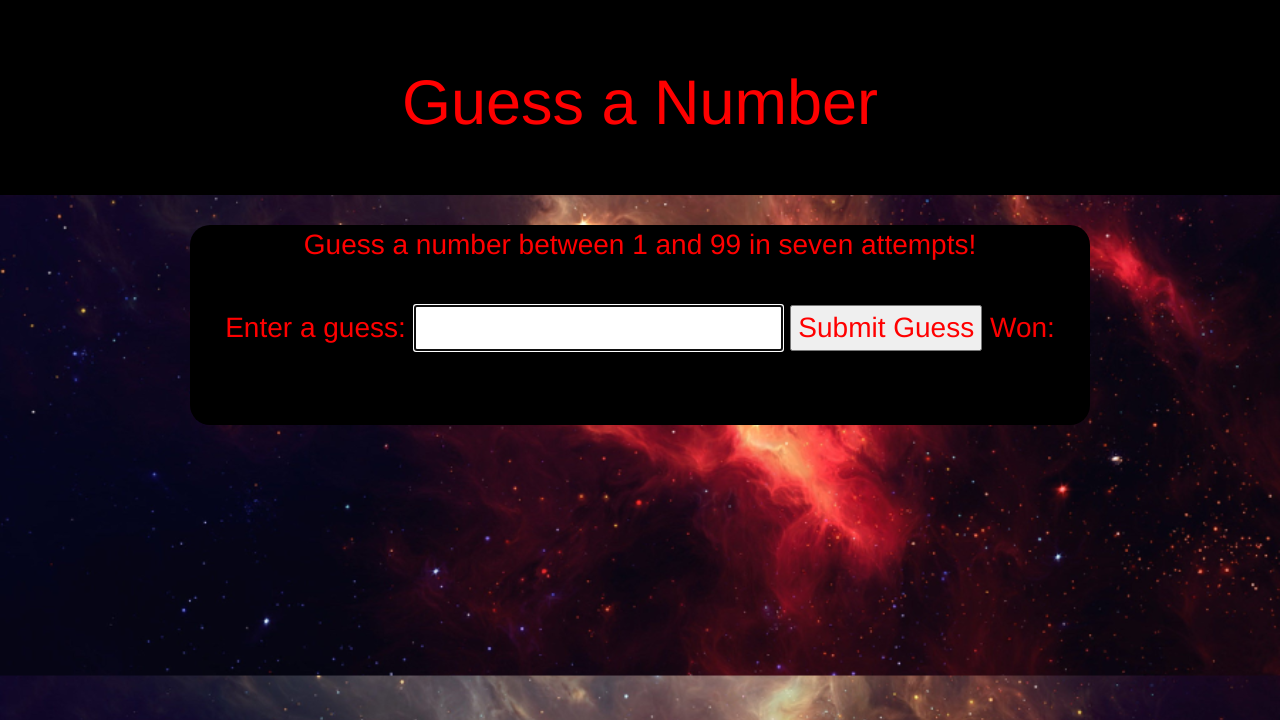
Repository: ElijahHallera/336-Internet-Prog
Page: cst336_spring2020Lab2-master/cst336_spring2020Lab2-master/guessNumber/guessNumber/index.html
The author's editor kept a record of every edit. The page is drawn from the files as they stood at one moment, then again after the next edit.
The browser window is 1280 px wide. The pictures show the whole page.

Above is the page before.

### cst336_spring2020Lab2-master/cst336_spring2020Lab2-master/guessNumber/guessNumber/index.html
<!DOCTYPE html>
<html>
    <head>
        <title> Guess a Number </title>
        <meta charset="utf-8" />
        <script src="https://code.jquery.com/jquery.min.js"></script>

        <!--Bootstrap files-->
        <link rel="stylesheet" href="https://maxcdn.bootstrapcdn.com/bootstrap/3.3.7/css/bootstrap.min.css" integrity="sha384-BVYiiSIFeK1dGmJRAkycuHAHRg32OmUcww7on3RYdg4Va+PmSTsz/K68vbdEjh4u" crossorigin="anonymous">
        <script src="https://maxcdn.bootstrapcdn.com/bootstrap/3.3.7/js/bootstrap.min.js" integrity="sha384-Tc5IQib027qvyjSMfHjOMaLkfuWVxZxUPnCJA7l2mCWNIpG9mGCD8wGNIcPD7Txa" crossorigin="anonymous"></script>

        <!--Custom Styles-->
        <link href="css/styles.css" rel="stylesheet" type="text/css" />
    </head>
    <body>

        <div class="jumbotron">
            <h1>Guess a Number</h1>
        </div>


        <div id="directions" class = "resultParas">
            Guess a number between 1 and 99 in seven attempts!

            <br><br>
            <lable for = "guessField"> Enter a guess: </lable>

            <input type = "text" id = "guessField" class = "guessField">
            <input type = "submit" value = "Submit Guess" class = "guessSubmit" >
            <lable> Won: </lable>
            </br></br>

            <p id = "guesses"></p>
            <p id = "lastResult"></p>
            <p id = "lowOrHi"></p>
            <p id = "attempts"></p>

            <button id = "reset">Reset</button>
        </div>

        <script SRC = "js/functions.js"></script>

    </body>
</html>

### cst336_spring2020Lab2-master/cst336_spring2020Lab2-master/guessNumber/guessNumber/css/styles.css
body{
    text-align:center;
    background-image: url("../img/SPACE.jpg");
    background-size: cover;
}

.jumbotron {
    background-color: black;
    color: red;
}

#directions {
    background-color:black;
    color: red;
    font-size: 2em;
    width:900px;
    height:200px;
    margin:0 auto;
    border-radius:20px;
}

### cst336_spring2020Lab2-master/cst336_spring2020Lab2-master/guessNumber/guessNumber/js/functions.js
var randomNumber = Math.floor(Math.random() * 99) + 1;
            console.log(randomNumber);
            var guesses = document.querySelector('#guesses');
            var lastResult = document.querySelector('#lastResult');
            var lowOrHi = document.querySelector('#lowOrHi');

            var guessSubmit = document.querySelector('.guessSubmit');
            var guessField = document.querySelector('.guessField');

            var Won = 0;
            var Loss = 0;
            var guessCount = 1;
            var resetButton;
            guessField.focus();
            var resetButton = document.querySelector('#reset');
            resetButton.style.display = 'none';

            var resetButton;

            function checkGuess(){
                var userGuess = Number(guessField.value);
                if(guessCount === 1){
                    guesses.innerHTML = 'Previous Guesses: ';
                }
                guesses.innerHTML += userGuess + ' ';

                    if(userGuess === randomNumber){
                        lastResult.innerHTML = 'Congratulations! You got it right!';
                        lastResult.style.backgroundColor = 'green';
                        lowOrHi.innerHTML = '';
                        Won++;
                        setGameOver();
                    } else if (guessCount === 7){
                        lastResult.innerHTML = 'Sorry, you lost!';
                        Loss++;
                        setGameOver();
                    } else {
                        lastResult.innerHTML = 'Wrong!';
                        lastResult.style.backgroundColor = 'red';
                        lastResult.style.color = 'white';


                    if(userGuess > 99){
                        alert("Guess is above 99 Try Again");
                        guessCount++;
                    } else if(userGuess < randomNumber){
                        lowOrHi.innerHTML = 'Last guess was too low!';
                        lowOrHi.style.backgroundColor = 'red';
                        lowOrHi.style.color = 'white';
                    } else if (userGuess > randomNumber){
                        lowOrHi.innerHTML = 'Last guess was too high!';
                        lowOrHi.style.backgroundColor = 'red';
                        lowOrHi.style.color = 'white';
                        }

                    }

                    guessCount++;
                    guessField.value = '';
                    guessField.focus();
            }

            guessSubmit.addEventListener('click', checkGuess);

            function setGameOver(){
                guessField.disabled = true;
                guessSubmit.disables = true;
                resetButton.style.display = 'inline';
                resetButton.addEventListener('click', resetGame);
            }

            function resetGame(){
                guessCount = 1;

                var resetParas = document.querySelectorAll('.resultParas p');
                for(var i = 0; i < resetParas.length; i++){
                    resetParas[i].textContent = '';
                }

                resetButton.style.display = 'none';

                guessField.disabled = false;
                guessSubmit.disabled = false;
                guessField.value = '';
                guessField.focus();

                lastResult.style.backgroundColor = 'white';

                randomNumber = Math.floor(Math.random() * 99) + 1;
            }

After the next edit:
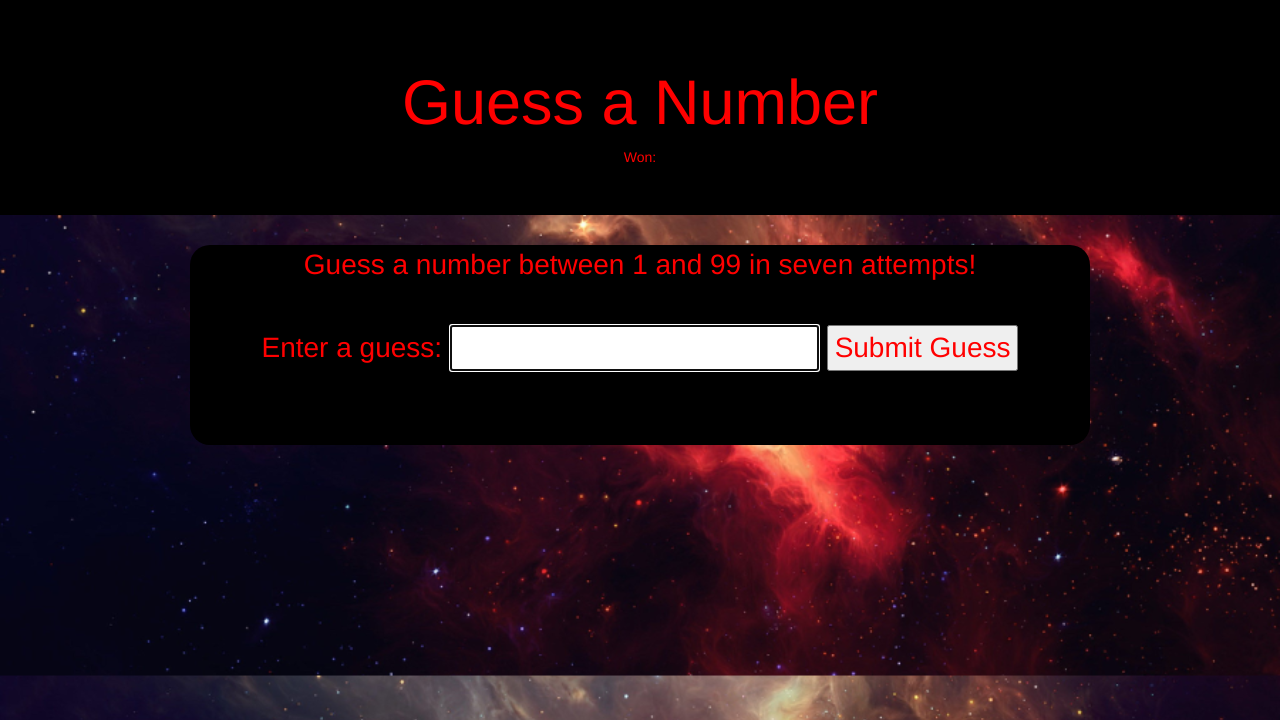
The edit:
--- a/cst336_spring2020Lab2-master/cst336_spring2020Lab2-master/guessNumber/guessNumber/index.html
+++ b/cst336_spring2020Lab2-master/cst336_spring2020Lab2-master/guessNumber/guessNumber/index.html
@@ -16,6 +16,7 @@
 
         <div class="jumbotron">
             <h1>Guess a Number</h1>
+            <lable> Won: </lable>
         </div>
 
 
@@ -24,10 +25,9 @@
 
             <br><br>
             <lable for = "guessField"> Enter a guess: </lable>
-
             <input type = "text" id = "guessField" class = "guessField">
             <input type = "submit" value = "Submit Guess" class = "guessSubmit" >
-            <lable> Won: </lable>
+
             </br></br>
 
             <p id = "guesses"></p>
